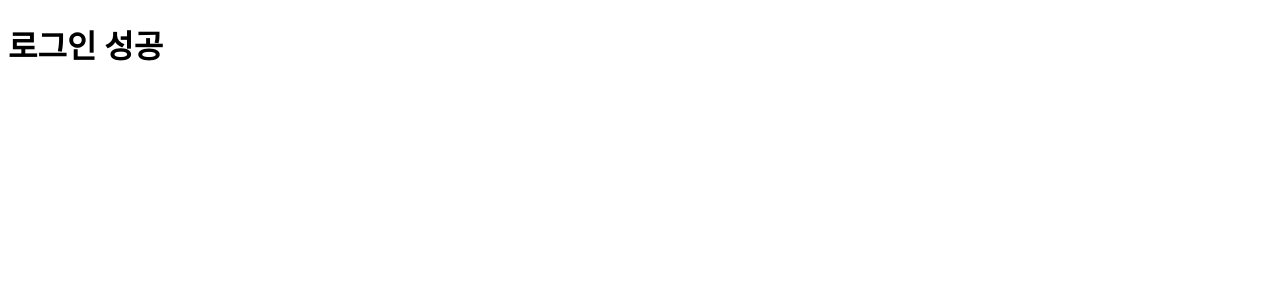
Repository: loseminho/khAcademy-Study
Page: http://localhost/01_SpringMVC/views/searchFail.jsp
These files come from the project's save history. The page is drawn as it stood at one moment and after the next save; the edit follows.
The browser window is 1280 px wide. The pictures show the whole page.
The page is served by Tomcat 9.

Above is the page before, as saved 2022-09-29 08:55:43.

After the next save:
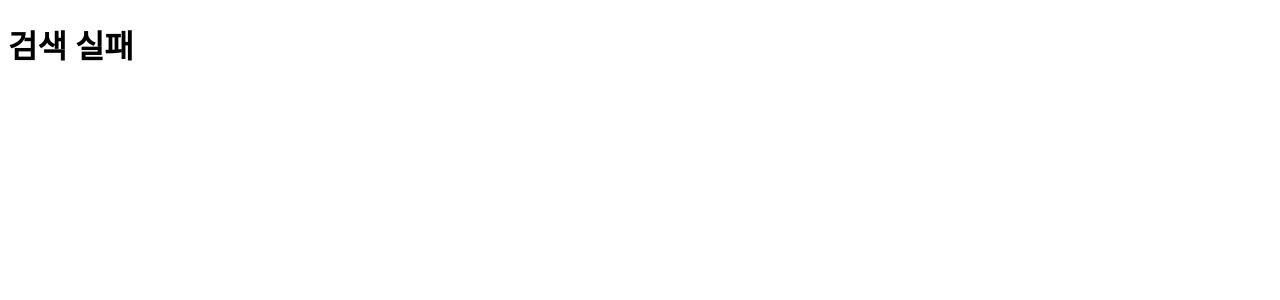
Saved 6 s later.
--- a/spring/workspace-sts-3.9.13.RELEASE/01_SpringMVC/src/main/webapp/views/searchFail.jsp
+++ b/spring/workspace-sts-3.9.13.RELEASE/01_SpringMVC/src/main/webapp/views/searchFail.jsp
@@ -7,6 +7,6 @@
 <title>Insert title here</title>
 </head>
 <body>
-	<h1>로그인 성공</h1>
+	<h1>검색 실패</h1>
 </body>
 </html>
